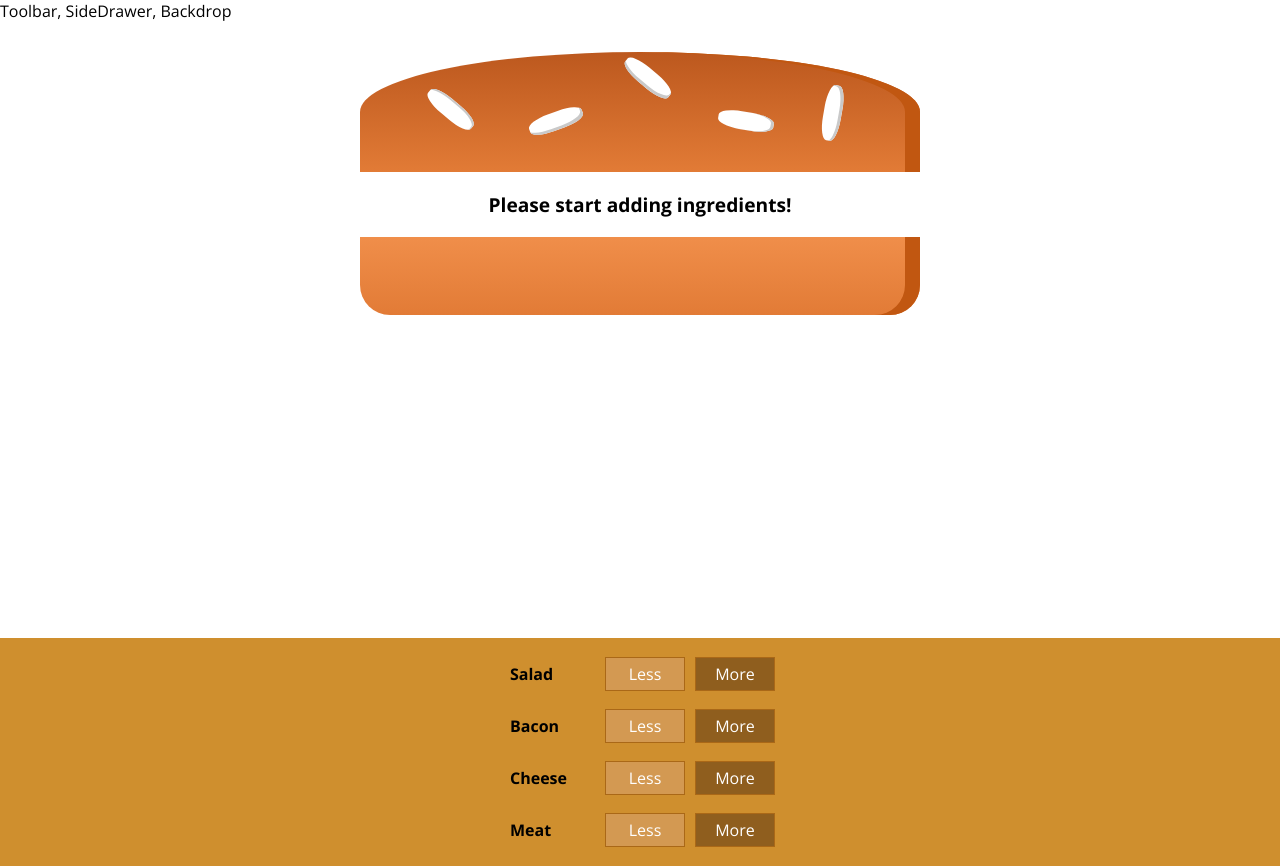
Repository: AbdulMutaal/Burger-Builder
Page: /
An editor plug-in stored every save of this project. The page is shown before and after the next save, followed by the edit.
The browser window is 1280 px wide. The pictures show the whole page.
The project was rebuilt for these pictures with package versions that can differ from the ones it lists, and the page was loaded fresh each time.

Above is the page before, as saved 2021-12-07 16:56:55.

### src/index.css
body {
  margin: 0;
  font-family: "Open Sans", sans-serif;
}

### src/App.js
import Layout from './components/Layout/Layout';
import BurgerBuilder from './containers/BurgerBuilder/BurgerBuilder';

function App() {
  return (
    <div>
      <Layout>
        <BurgerBuilder />
      </Layout>
    </div>
  );
}

export default App;

### src/components/Layout/Layout.js
import React from 'react';

import Auxiliary from '../../hoc/Auxiliary';
import classes from './Layout.module.css';

const layout = ( props ) => (
    <Auxiliary>
        <div>Toolbar, SideDrawer, Backdrop</div>
        <main className={classes.Content}>
            {props.children}
        </main>
    </Auxiliary>
);

export default layout;

### src/containers/BurgerBuilder/BurgerBuilder.js
import React, { Component } from 'react';

import Auxiliary from '../../hoc/Auxiliary';
import Burger from '../../components/Burger/Burger';
import BurgerControls from '../../components/Burger/BuildControls/BuildControls';

const INGREDIENT_PRICES = {
    salad: 0.5,
    cheese: 0.4,
    meat: 1.3,
    bacon: 0.7
};

class BurgerBuilder extends Component {
    state = {
        ingredients: {
            salad: 0,
            bacon: 0,
            cheese: 0,
            meat: 0
        },
        totalPrice: 4
    }

    addIngredientHandler = (type) => {
        const oldCount = this.state.ingredients[type];
        if (oldCount <= 0) {
            return;
        }

        const updatedCount = oldCount + 1;
        const updateIngredients = {
            ...this.state.ingredients
        };
        updateIngredients[type] = updatedCount;

        const priceAddition = INGREDIENT_PRICES[type];
        const oldPrice = this.state.totalPrice;
        const newPrice = oldPrice + priceAddition;
        this.setState({totalPrice: newPrice, ingredients: updateIngredients});
    }

    removeIngredientHandler = (type) => {
        const oldCount = this.state.ingredients[type];
        const updatedCount = oldCount - 1;
        const updateIngredients = {
            ...this.state.ingredients
        };
        updateIngredients[type] = updatedCount;

        const priceDeduction = INGREDIENT_PRICES[type];
        const oldPrice = this.state.totalPrice;
        const newPrice = oldPrice - priceDeduction;
        this.setState({totalPrice: newPrice, ingredients: updateIngredients});
    }
    render () {
        const disabledInfo = {
            ...this.state.ingredients
        };

        for (let key in disabledInfo) {
            disabledInfo[key] = disabledInfo[key] <= 0
        }

        return (
            <Auxiliary>
                <Burger ingredients={this.state.ingredients} />
                <BurgerControls
                    ingredientAdded={this.addIngredientHandler}
                    ingredientRemoved={this.removeIngredientHandler}
                    disabled={disabledInfo} />
            </Auxiliary>
        );
    }
}

export default BurgerBuilder;

### src/components/Burger/Burger.js
import React from 'react';

import classes from './Burger.module.css';
import BurgerIngredient from './BurgerIngredient/BurgerIngredient';

const burger = (props) => {
    let transformedIngredients = Object.keys(props.ingredients)
        .map(igKey => {
            return [...Array(props.ingredients[igKey])].map((_, i) => {
                return <BurgerIngredient key={igKey + i} type={igKey} />;
            });
        })
        .reduce((arr, el) => {
            return arr.concat(el)
        }, []);
    console.log(transformedIngredients);

    if (transformedIngredients.length === 0) {
        transformedIngredients = <p>Please start adding ingredients!</p>;
    }

    return (
        <div className={classes.Burger}>
            <BurgerIngredient type="bread-top" />
            { transformedIngredients }
            <BurgerIngredient type="bread-bottom" />
        </div>
    );
};

export default burger;

### src/components/Burger/BuildControls/BuildControls.js
import React from 'react';

import classes from './BuildControls.module.css';
import BuildControl from './BuildControl/BuildControl';

const controls = [
    { label: 'Salad', type: 'salad'},
    { label: 'Bacon', type: 'bacon'},
    { label: 'Cheese', type: 'cheese'},
    { label: 'Meat', type: 'meat'}
];

const buildControls = (props) => (
    <div className={classes.BuildControls}>
        {controls.map(ctrl => (
            <BuildControl
                key={ctrl.label}
                label={ctrl.label}
                added={() => props.ingredientAdded(ctrl.type)}
                removed={() => props.ingredientRemoved(ctrl.type)}
                disabled={props.disabled[ctrl.type]} />
        ))}
    </div>
);

export default buildControls;

### src/components/Burger/BurgerIngredient/BurgerIngredient.js
import React from 'react';
import PropTypes from 'prop-types';

import classes from './BurgerIngredient.module.css';

const burgerIngredient = (props) => {
    let ingredient = null;

    switch (props.type) {
        case ('bread-bottom'):
            ingredient = <div className={classes.BreadBottom}></div>;
            break;
        case ('bread-top'):
            ingredient = (
                <div className={classes.BreadTop}>
                    <div className={classes.Seeds1}></div>
                    <div className={classes.Seeds2}></div>
                </div>
            );
            break;
        case ('meat'):
            ingredient = <div className={classes.Meat}></div>;
            break;
        case ('cheese'):
            ingredient = <div className={classes.Cheese}></div>;
            break;
        case ('bacon'):
            ingredient = <div className={classes.Bacon}></div>;
            break;
        case ('salad'):
            ingredient = <div className={classes.Salad}></div>;
            break;
        default:
            ingredient = null;
    }

    return ingredient;
};

burgerIngredient.propTypes = {
    type: PropTypes.string.isRequired
};

export default burgerIngredient;

### src/components/Burger/BuildControls/BuildControl/BuildControl.js
import React from 'react';

import classes from './BuildControl.module.css';

const buildControl = (props) =>  (
    <div className={classes.BuildControl}>
        <div className={classes.Label}>{props.label}</div>
        <button className={classes.Less} onClick={props.removed}>Less</button>
        <button className={classes.More} onClick={props.added}>More</button>
    </div>
)

export default buildControl;

### src/components/Burger/BurgerIngredient/BurgerIngredient.module.css
.BreadBottom {
    height: 13%;
    width: 80%;
    background: linear-gradient(#F08E4A, #e27b36);
    border-radius: 0 0 30px 30px;
    box-shadow: inset -15px 0 #c15711;
    margin: 2% auto;
}

.BreadTop {
    height: 20%;
    width: 80%;
    background: linear-gradient(#bc581e, #e27b36);
    border-radius: 50% 50% 0 0;
    box-shadow: inset -15px 0 #c15711;
    margin: 2% auto;
    position: relative;
}

.Seeds1 {
    width: 10%;
    height: 15%;
    position: absolute;
    background-color: white;
    left: 30%;
    top: 50%;
    border-radius: 40%;
    transform: rotate(-20deg);
    box-shadow: inset -2px -3px #c9c9c9;
}

.Seeds1:after {
    content: "";
    width: 100%;
    height: 100%;
    position: absolute;
    background-color: white;
    left: -170%;
    top: -260%;
    border-radius: 40%;
    transform: rotate(60deg);
    box-shadow: inset -1px 2px #c9c9c9;
  }

.Seeds1:before {
    content: "";
    width: 100%;
    height: 100%;
    position: absolute;
    background-color: white;
    left: 180%;
    top: -50%;
    border-radius: 40%;
    transform: rotate(60deg);
    box-shadow: inset -1px -3px #c9c9c9;
  }

  .Seeds2 {
    width: 10%;
    height: 15%;
    position: absolute;
    background-color: white;
    left: 64%;
    top: 50%;
    border-radius: 40%;
    transform: rotate(10deg);
    box-shadow: inset -3px 0 #c9c9c9;
  }

  .Seeds2:before {
    content: "";
    width: 100%;
    height: 100%;
    position: absolute;
    background-color: white;
    left: 150%;
    top: -130%;
    border-radius: 40%;
    transform: rotate(90deg);
    box-shadow: inset 1px 3px #c9c9c9;
  }


.Meat {
    width: 80%;
    height: 8%;
    background: linear-gradient(#7f3608, #702e05);
    margin: 2% auto;
    border-radius: 15px;
}

.Cheese {
    width: 90%;
    height: 4.5%;
    margin: 2% auto;
    background: linear-gradient(#f4d004, #d6bb22);
    border-radius: 20px;
}

.Salad {
    width: 85%;
    height: 7%;
    margin: 2% auto;
    background: linear-gradient(#228c1d, #91ce50);
    border-radius: 20px;
}

.Bacon {
    width: 80%;
    height: 3%;
    background: linear-gradient(#bf3813, #c45e38);
    margin: 2% auto;
}

### src/components/Burger/BuildControls/BuildControl/BuildControl.module.css
.BuildControl {
    display: flex;
    justify-content: space-between;
    align-items: center;
    margin: 5px 0;
}

.BuildControl button {
    display: block;
    font: inherit;
    padding: 5px;
    margin: 0 5px;
    width: 80px;
    border: 1px solid #AA6817;
    cursor: pointer;
    outline: none;
}

.BuildControl button:disabled {
    background-color: #AC9980;
    border: 1px solid #7E7365;
    color: #ccc;
    cursor: default;
}

.BuildControl button:hover:disabled {
    background-color: #AC9980;
    color: #ccc;
    cursor: not-allowed;
}

.Label {
    padding: 10px;
    font-weight: bold;
    width: 80px;
}

.BuildControl .Less {
    background-color: #D39952;
    color: white;
}

.BuildControl .More {
    background-color: #8F5E1E;
    color: white;
}

.BuildControl .Less:hover, .BuildControl .Less:active {
    background-color: #DAA972;
    color: white;
}

.BuildControl .More:hover,.BuildControl .More:active {
    background-color: #99703F;
    color: white;
}

Loaded but not shown: public/index.html (common file); src/index.js (common file); src/reportWebVitals.js (common file); src/hoc/Auxiliary.js (common file); src/components/Layout/Layout.module.css (common file); src/components/Burger/Burger.module.css (common file); src/components/Burger/BuildControls/BuildControls.module.css (common file)

After the next save:
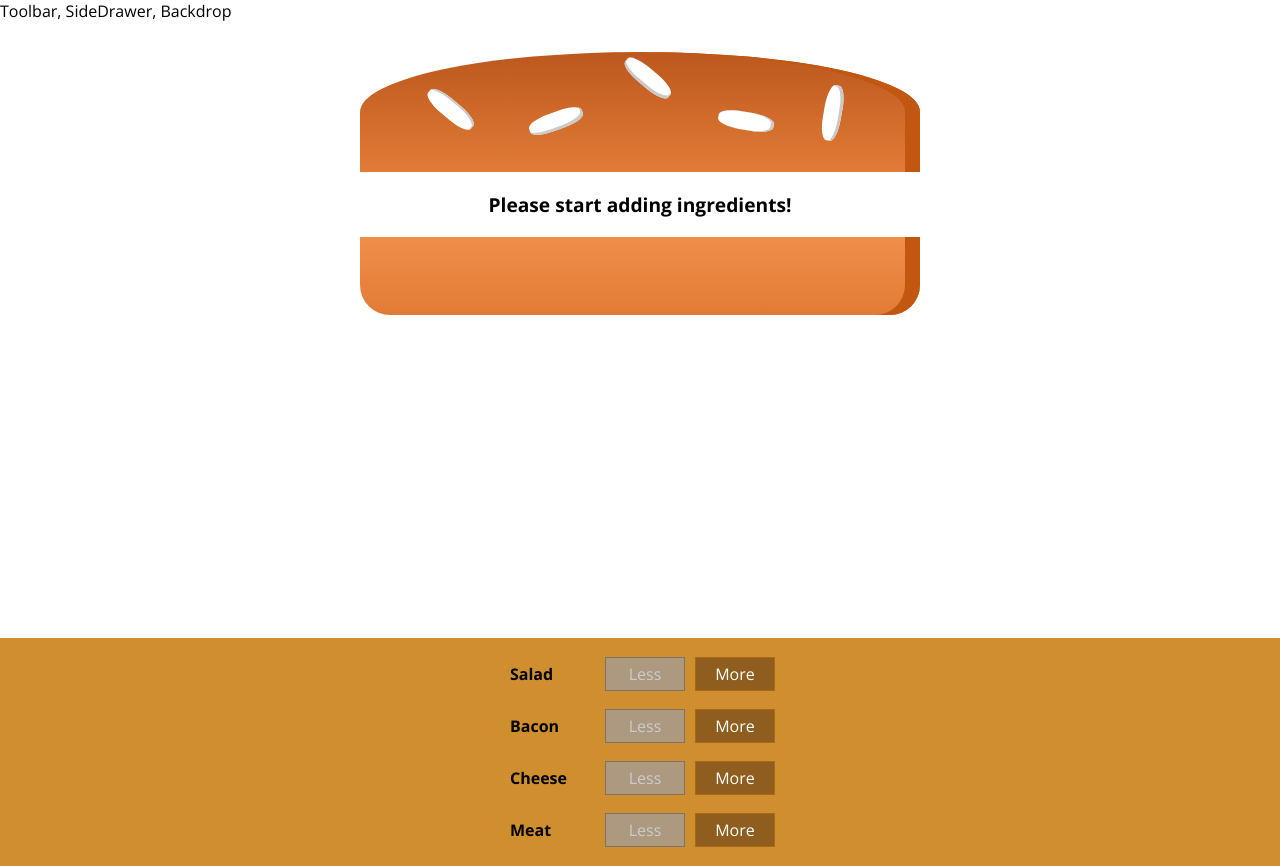
Saved 26 s later.
--- a/src/components/Burger/BuildControls/BuildControl/BuildControl.js
+++ b/src/components/Burger/BuildControls/BuildControl/BuildControl.js
@@ -5,7 +5,7 @@ import classes from './BuildControl.module.css';
 const buildControl = (props) =>  (
     <div className={classes.BuildControl}>
         <div className={classes.Label}>{props.label}</div>
-        <button className={classes.Less} onClick={props.removed}>Less</button>
+        <button className={classes.Less} onClick={props.removed} disabled={props.disabled}>Less</button>
         <button className={classes.More} onClick={props.added}>More</button>
     </div>
 )
